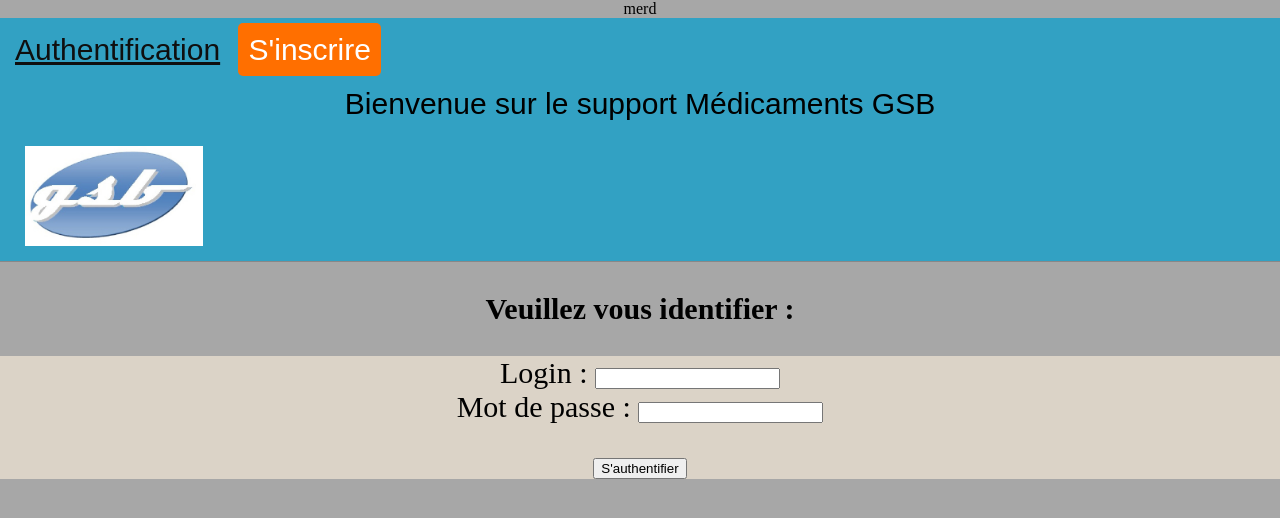
Repository: DavJnte/GSB_PHP
Page: http://localhost/Models/login.php?target=inscription
These files come from the project's save history. The page is drawn as it stood at one moment and after the next save; the edit follows.
The browser window is 1280 px wide. The pictures show the whole page.
The page is run by PHP 8.4 with error messages shown; the project is at /var/www/html/.

Above is the page before, as saved 2021-05-17 20:09:07.

After the next save:
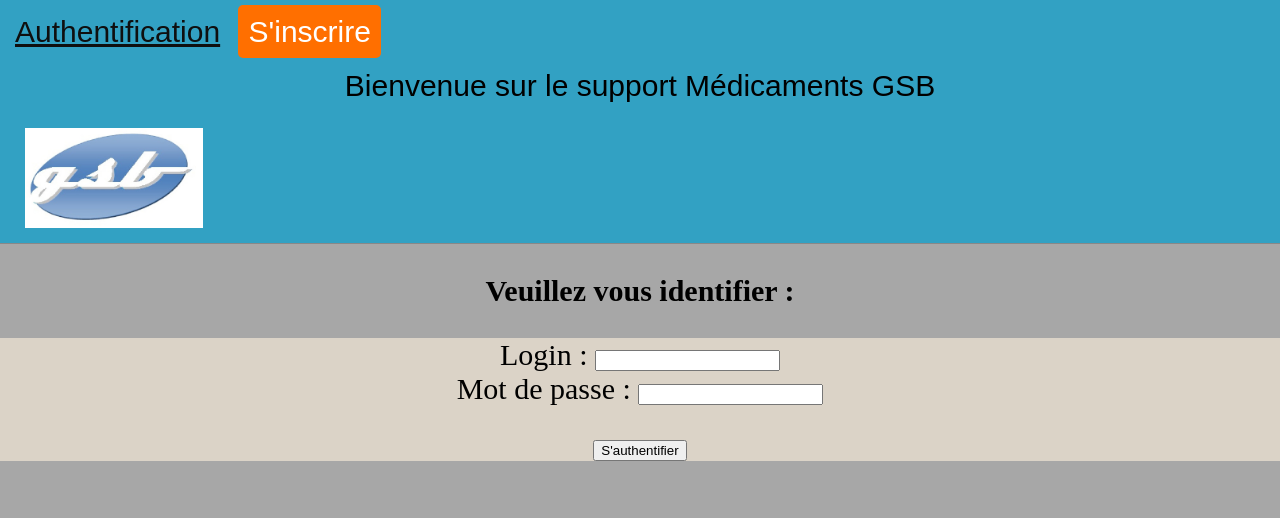
Saved 4 s later.
--- a/pdo/Models/login.php
+++ b/pdo/Models/login.php
@@ -1,6 +1,4 @@
 <?php
-	echo("merd");
-
 include(__DIR__ .'/../Vues/co_utilisateur.php');
 if(!isset($_SESSION["autoriser"]) || !(isset($_SESSION["autoriser"]) && $_SESSION["autoriser"] != "oui")||( !(isset($_REQUEST["target"]) && $_REQUEST["target"] == "inscription"))){
     include(__DIR__ .'/../Models/form_connexion.php');
